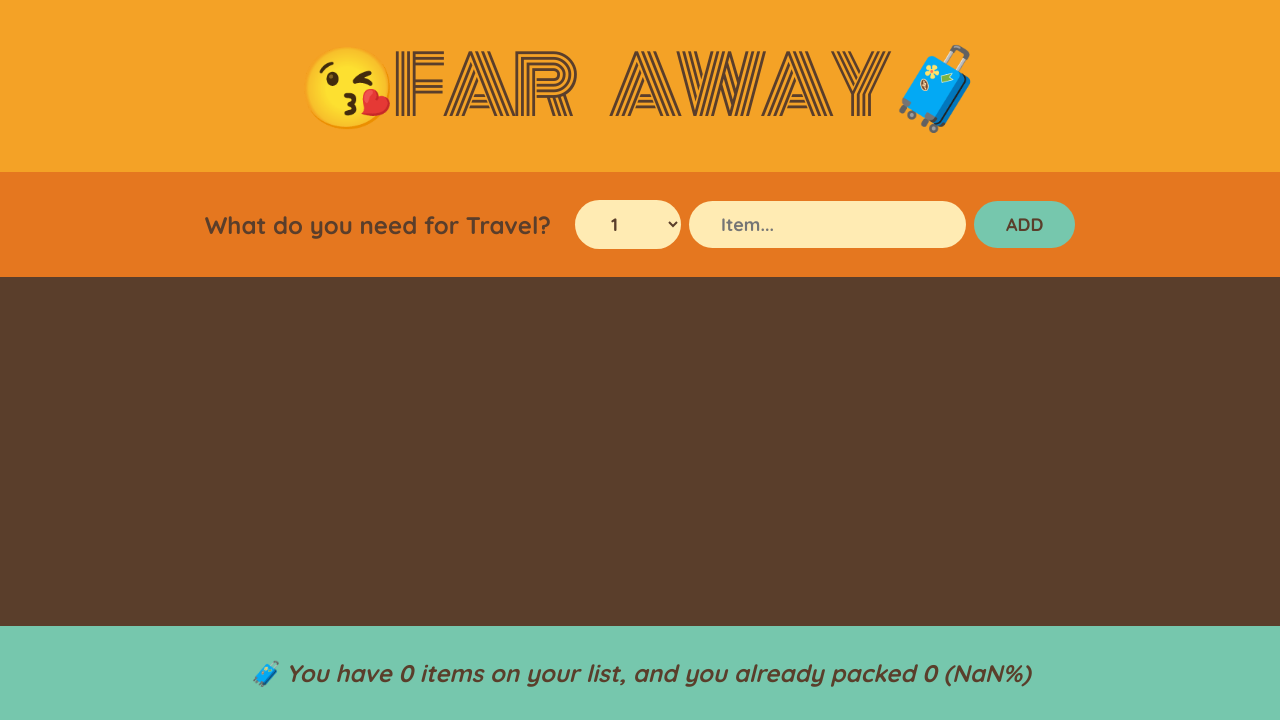
Repository: masamichan/Travel-list
Page: /
An editor plug-in stored every save of this project. The page is shown before and after the next save, followed by the edit.
The browser window is 1280 px wide. The pictures show the whole page.
The project was rebuilt for these pictures with package versions that can differ from the ones it lists, and the page was loaded fresh each time.

Above is the page before, as saved 2024-01-06 12:49:59.

After the next save:
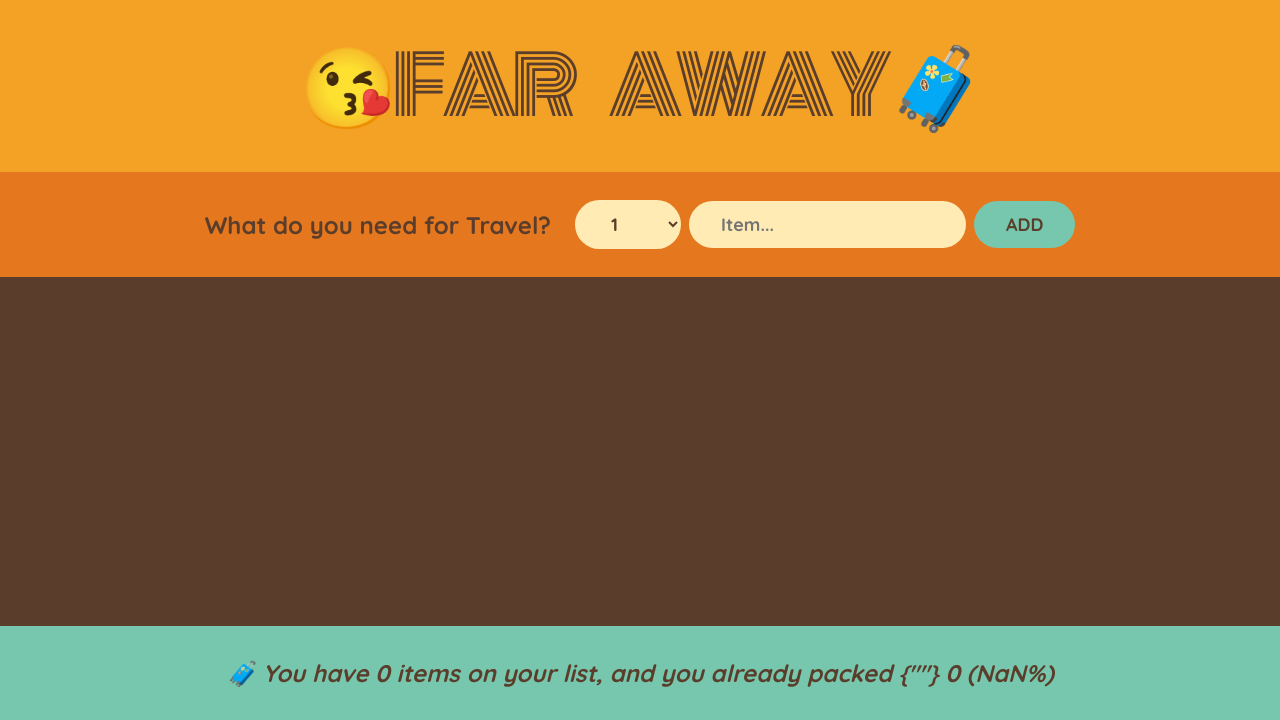
Saved 4 min 47 s later.
--- a/src/App.js
+++ b/src/App.js
@@ -119,8 +119,10 @@
   return (
     <footer className="stats">
       <em>
-        🧳 You have {numItems} items on your list, and you already packed {""}
-        {numPacked} ({percentage}%)
+        {percentage === 100
+          ? "You got everything ! Ready to go ✈️"
+          : `🧳 You have ${numItems} items on your list, and you already packed {""}
+        ${numPacked} (${percentage}%)`}
       </em>
     </footer>
   );

After the save that followed:
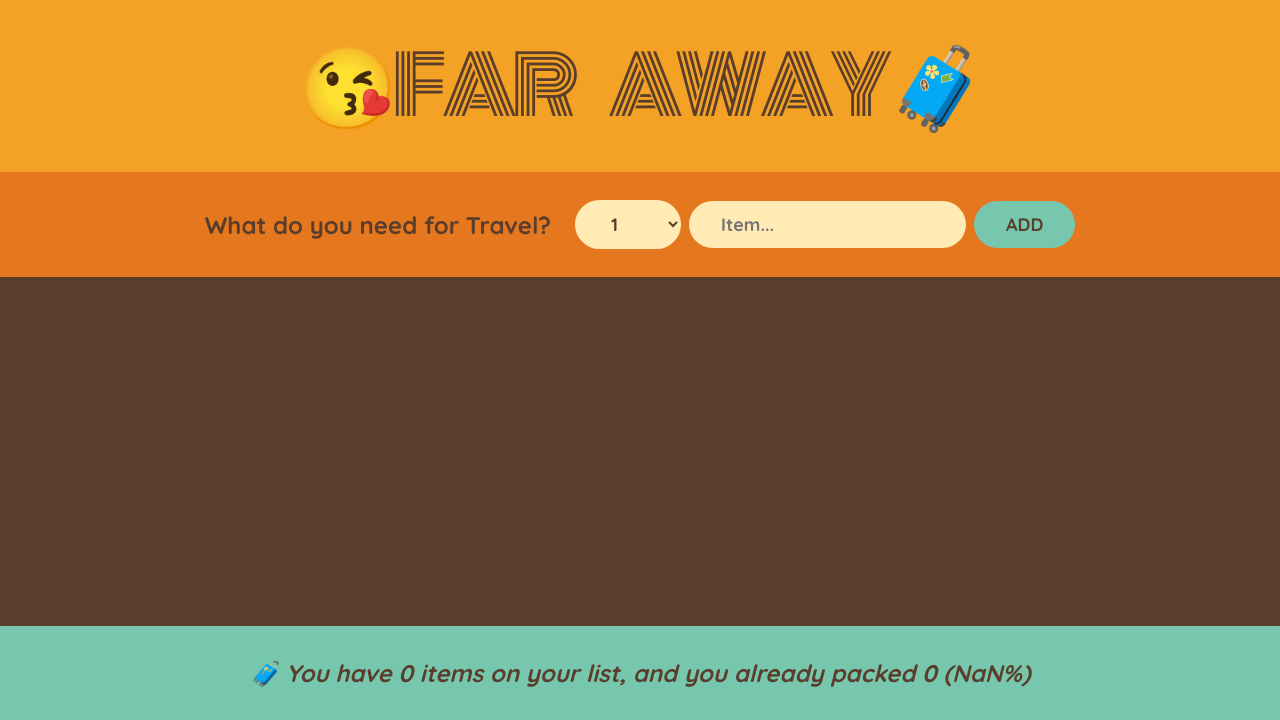
Saved 38 s later.
--- a/src/App.js
+++ b/src/App.js
@@ -121,7 +121,7 @@
       <em>
         {percentage === 100
           ? "You got everything ! Ready to go ✈️"
-          : `🧳 You have ${numItems} items on your list, and you already packed {""}
+          : `🧳 You have ${numItems} items on your list, and you already packed
         ${numPacked} (${percentage}%)`}
       </em>
     </footer>
